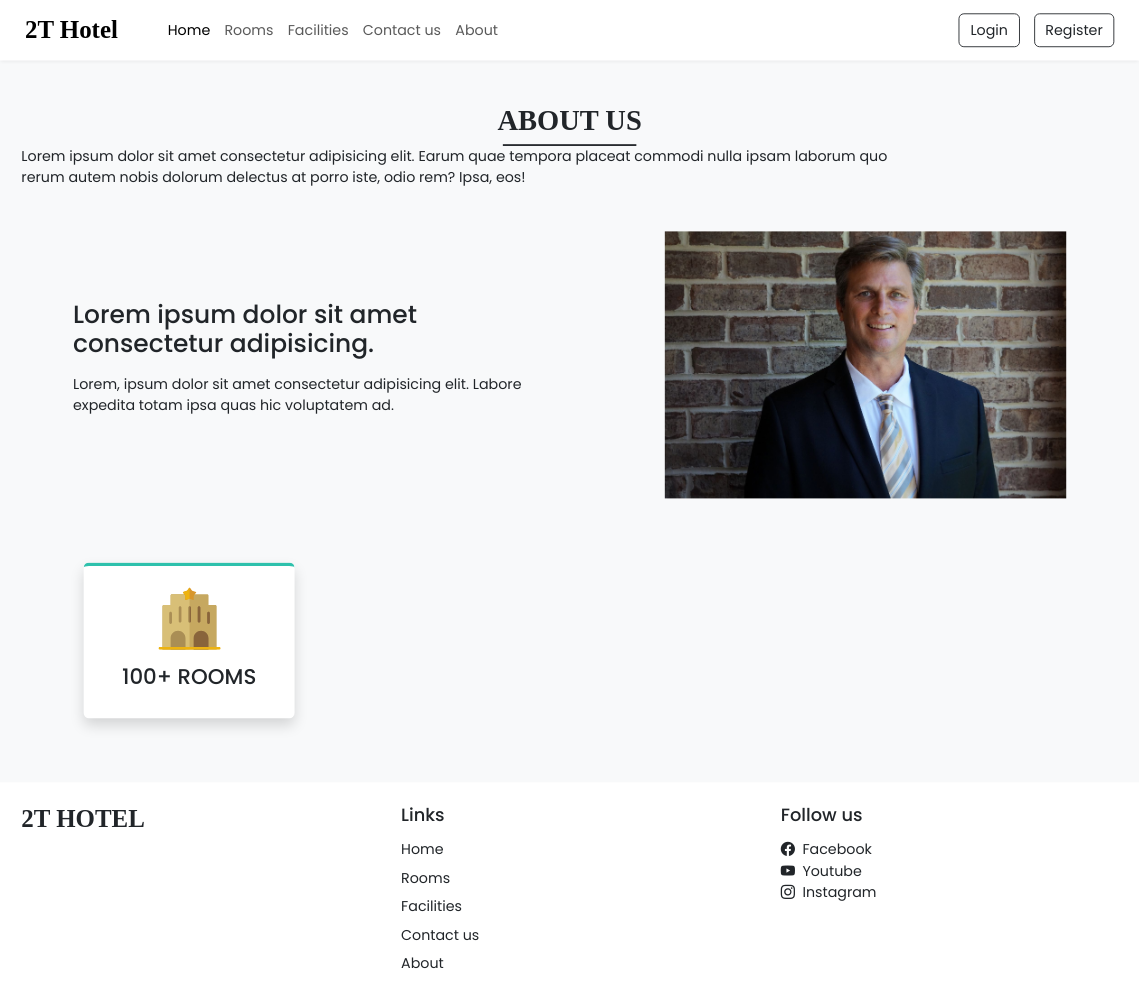
Repository: ntruong0906/desktop-tutorial
Page: http://localhost/about.php
These files come from the project's save history. The page is drawn as it stood at one moment and after the next save; the edit follows.
The browser window is 1280 px wide. The pictures show the whole page, at 89% of full size.
Some web fonts or font styles are not loaded; a fallback is used. The page is run by PHP 8.4 with error messages shown; the project is at /var/www/html/.

Above is the page before, as saved 2024-03-19 00:23:40.

After the next save:
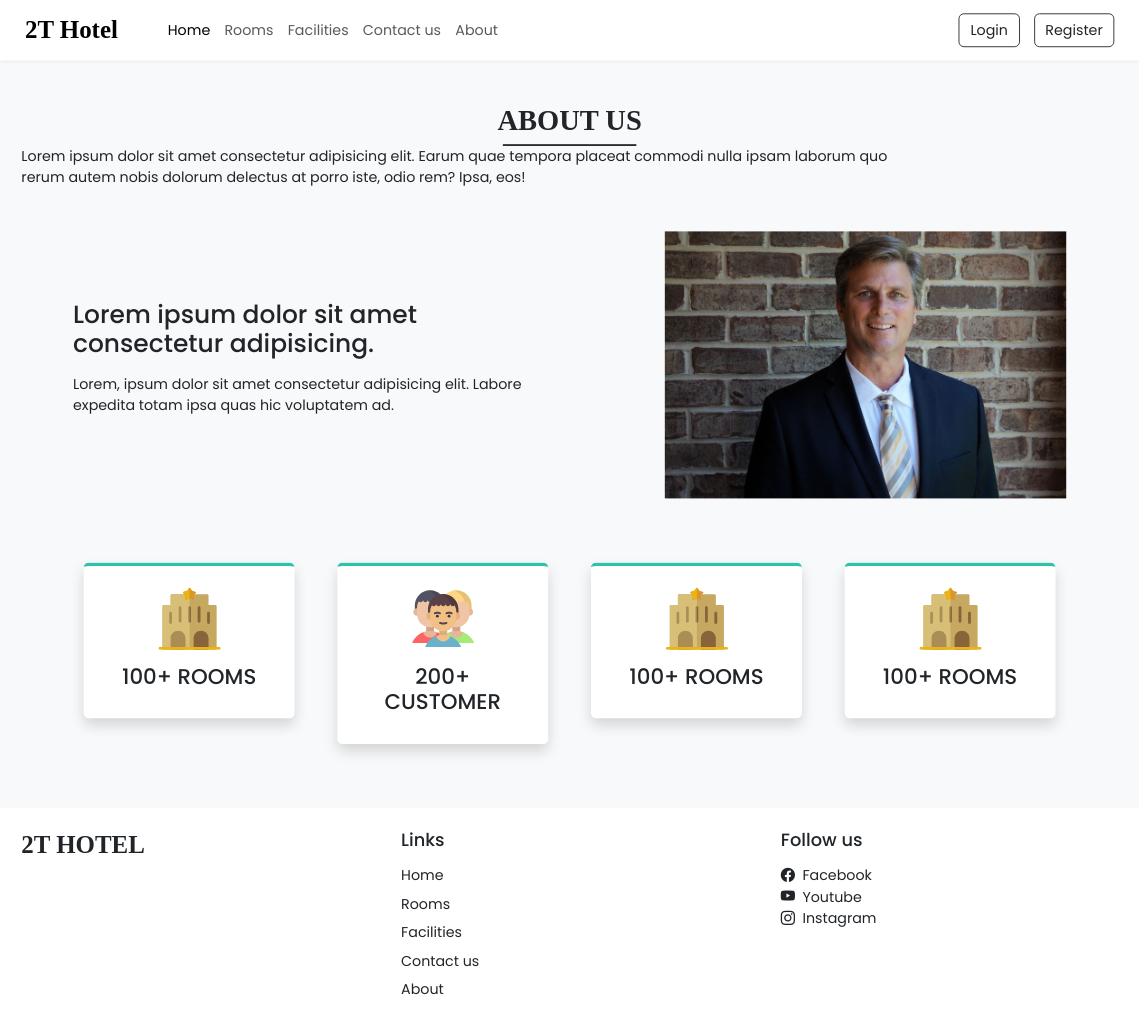
Saved 112 s later.
--- a/WebsiteBookingHotel/about.php
+++ b/WebsiteBookingHotel/about.php
@@ -52,6 +52,24 @@
     </div>
     <div class="container mt-5">
         <div class="row">
+            <div class="col-lg-3 col-md-6 mb-4 px-4">
+                <div class="bg-white rounded shadow p-4 border-top border-4 text-center box">
+                    <img src="images/about/hotel.svg" width="70px">
+                    <h4 class="mt-3">100+ ROOMS</h4>
+                </div>
+            </div>
+            <div class="col-lg-3 col-md-6 mb-4 px-4">
+                <div class="bg-white rounded shadow p-4 border-top border-4 text-center box">
+                    <img src="images/about/customers.svg" width="70px">
+                    <h4 class="mt-3">200+ CUSTOMER</h4>
+                </div>
+            </div>
+            <div class="col-lg-3 col-md-6 mb-4 px-4">
+                <div class="bg-white rounded shadow p-4 border-top border-4 text-center box">
+                    <img src="images/about/hotel.svg" width="70px">
+                    <h4 class="mt-3">100+ ROOMS</h4>
+                </div>
+            </div>
             <div class="col-lg-3 col-md-6 mb-4 px-4">
                 <div class="bg-white rounded shadow p-4 border-top border-4 text-center box">
                     <img src="images/about/hotel.svg" width="70px">
